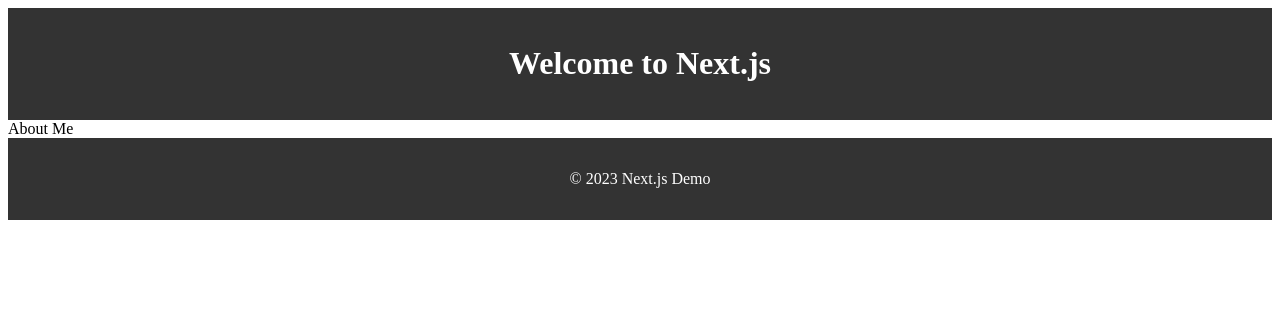
Repository: JasonMorta/NextJs-13_Basics
Page: /about (app in NEXTJS15/next13-demo/)
The author's editor kept a copy of each file at every save. The page is drawn from the files as they stood at one save, then again after the next save.
The browser window is 1280 px wide. The pictures show the whole page.
The project was rebuilt for these pictures with package versions that can differ from the ones it lists, and the page was loaded fresh each time. The framework's server and built-in components were replaced by stand-ins that run in the browser. Also part of the build but not shown: NEXTJS15/next13-demo/next.config.ts.

Above is the page before, as saved 2025-02-27 16:59:29.

### NEXTJS15/next13-demo/src/app/layout.tsx
export const metadata = {
  title: "Next.js",
  description: "Generated by Next.js",
};

export default function RootLayout({children,}: {children: React.ReactNode}) {
  return (
    <html lang="en">
      <body>
        <header style={{ backgroundColor: '#333', color: '#fff', padding: '1rem', textAlign: 'center' }}>
          <h1>Welcome to Next.js</h1>
        </header>

        <main>{children}</main>

        <footer style={{ backgroundColor: '#333', color: '#fff', padding: '1rem', textAlign: 'center', marginTop: 'auto' }}>
          <p>&copy; 2023 Next.js Demo</p>
        </footer>
      </body>
    </html>
  );
}

### NEXTJS15/next13-demo/src/app/about/page.tsx
import React from 'react'

export const metadata = {
  title: "About"
};


export default function page() {
  return (
    <div>About Me</div>
  )
}

After the next save:
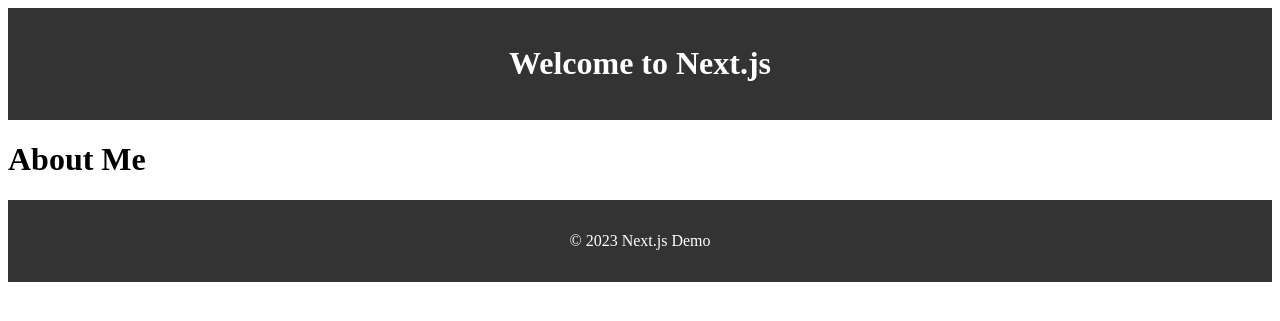
Saved 23 s later.
--- a/NEXTJS15/next13-demo/src/app/about/page.tsx
+++ b/NEXTJS15/next13-demo/src/app/about/page.tsx
@@ -7,6 +7,6 @@
 
 export default function page() {
   return (
-    <div>About Me</div>
+    <h1>About Me</h1>
   )
 }
